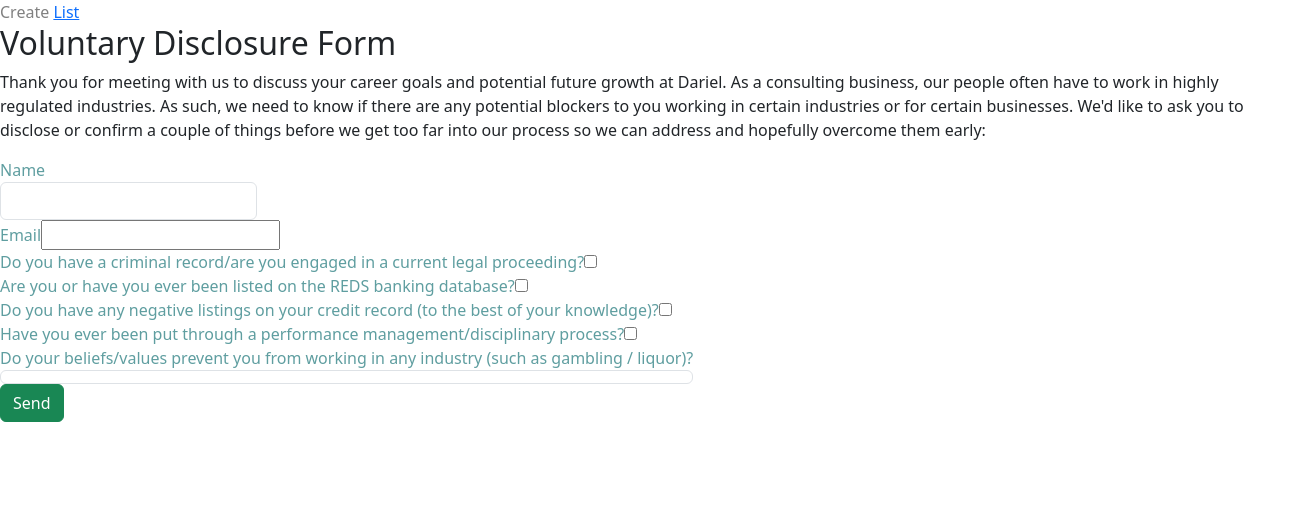
Repository: NtuthukoM/VoluntaryDisclosure
Page: / (app in disclosures-client/)
An editor plug-in stored every save of this project. The page is shown before and after a run of saves, followed by the edit.
The browser window is 1280 px wide. The page is 1280 px wide, then 1292 px, so the pictures cover 1292 px, including what lies to the right of the window. The pictures show the whole page.
The project was rebuilt for these pictures with package versions that can differ from the ones it lists, and the page was loaded fresh each time. Also part of the build but not shown: disclosures-client/src/pages/ListDisclosures.js, disclosures-client/src/pages/DisclosureDetails.js, disclosures-client/src/pages/DisclosureSubmitted.js.

Above is the page before, as saved 2023-05-30 20:38:18.

### disclosures-client/public/index.html
<!DOCTYPE html>
<html lang="en">
  <head>
    <meta charset="utf-8" />

    <meta name="viewport" content="width=device-width, initial-scale=1" />
    <meta name="theme-color" content="#000000" />
    <meta
      name="description"
      content="Web site created using create-react-app"
    />
    <link rel="apple-touch-icon" href="%PUBLIC_URL%/logo192.png" />
    <!--
      manifest.json provides metadata used when your web app is installed on a
      user's mobile device or desktop. See https://developers.google.com/web/fundamentals/web-app-manifest/
    -->
    <link rel="manifest" href="%PUBLIC_URL%/manifest.json" />
    <!--
      Notice the use of %PUBLIC_URL% in the tags above.
      It will be replaced with the URL of the `public` folder during the build.
      Only files inside the `public` folder can be referenced from the HTML.

      Unlike "/favicon.ico" or "favicon.ico", "%PUBLIC_URL%/favicon.ico" will
      work correctly both with client-side routing and a non-root public URL.
      Learn how to configure a non-root public URL by running `npm run build`.
    -->
    <title>React App</title>
  </head>
  <body>
    <noscript>You need to enable JavaScript to run this app.</noscript>
    <div id="root"></div>
    <!--
      This HTML file is a template.
      If you open it directly in the browser, you will see an empty page.

      You can add webfonts, meta tags, or analytics to this file.
      The build step will place the bundled scripts into the <body> tag.

      To begin the development, run `npm start` or `yarn start`.
      To create a production bundle, use `npm run build` or `yarn build`.
    -->
  </body>
</html>

### disclosures-client/src/index.js
import React from 'react';
import ReactDOM from 'react-dom/client';
import './bootstrap.css';
// import './index.css';
import App from './App';
import reportWebVitals from './reportWebVitals';

const root = ReactDOM.createRoot(document.getElementById('root'));
root.render(
  <React.StrictMode>
    <App />
  </React.StrictMode>
);

// If you want to start measuring performance in your app, pass a function
// to log results (for example: reportWebVitals(console.log))
// or send to an analytics endpoint. Learn more: https://bit.ly/CRA-vitals
reportWebVitals();

### disclosures-client/src/App.js
import logo from './logo.svg';
import {CreateDisclosures} from './pages/CreateDisclosure';
import {ListDisclosures} from './pages/ListDisclosures';
import {DisclosureDetails} from './pages/DisclosureDetails';
import {DisclosureSubmitted} from './pages/DisclosureSubmitted';
import { BrowserRouter, Routes, Route } from "react-router-dom";
import './App.css';

function App() {
  return (

      <BrowserRouter>
        <Routes>
          <Route path="/" element={<CreateDisclosures/>} />
          <Route path="/list" element={<ListDisclosures/>} />
          <Route path="/submitted" element={<DisclosureSubmitted/>} />
          <Route path="/details/:id" element={<DisclosureDetails/>} />
        </Routes>
      </BrowserRouter>
  );
}

export default App;

### disclosures-client/src/pages/CreateDisclosure.js
import { useState } from "react";
import { discloseUrl} from '../models/models';
import { Nav} from "../components/nav";
import { redirect } from "react-router-dom";

export function CreateDisclosures(){
    const [fullName, setFullName] = useState('');
    const [email, setEmail] = useState('');
    const [criminalRecord, setCriminalRecord] = useState(false);
    const [redsBankingDbListed, setRedsBankingDbListed] = useState(false);
    const [negativeCreditListing, setNegativeCreditListing] = useState(false);
    const [performanceManagementPlaced, setPerformanceManagementPlaced] = useState(false);
    const [ethicalIndustringRestriction, setEthicalIndustringRestriction] = useState(false);
    const [submitting, setSubmitting] = useState(false);

    function onFormSubmit(e){
        e.preventDefault();
        setSubmitting(true);
        let model = {
            fullName: fullName,
            email: email,
            criminalRecord: criminalRecord,
            redsBankingDbListed: redsBankingDbListed,
            negativeCreditListing: negativeCreditListing,
            performanceManagementPlaced: performanceManagementPlaced,
            ethicalIndustringRestriction: ethicalIndustringRestriction
        }
        const ops = {
            method: 'POST',
            headers: {
                "Content-Type": "application/json",
                // 'Content-Type': 'application/x-www-form-urlencoded',
              },
              redirect: "follow", // manual, *follow, error
              referrerPolicy: "no-referrer", // no-referrer, *no-referrer-when-downgrade, origin, origin-when-cross-origin, same-origin, strict-origin, strict-origin-when-cross-origin, unsafe-url
              body: JSON.stringify(model), // body data type must match "Content-Type" header
        };
        const response = fetch(discloseUrl, ops)
        .then(() => {
            setSubmitting(false);
            console.log('redirecting');
           return redirect("/submitted");
        }).catch(exc => console.log(`error ${exc}`));
    }
    return (
        <>
            <Nav />
            <h2>Voluntary Disclosure Form</h2>
            <p>
                Thank you for meeting with us to discuss your career goals and potential future growth at Dariel.
                As a consulting business, our people often have to work in highly regulated industries.
                As such, we need to know if there are any potential blockers to you working in certain industries or for certain businesses.
                We'd like to ask you to disclose or confirm a couple of things before we get too far into our process so we can address and hopefully overcome them early:
            </p>
            <form onSubmit={onFormSubmit}>


            <div className="form-group">
                <label>
                    Name
                    <input className="form-control" type="text" value={fullName} onChange={(e) => setFullName(e.target.value) } disabled={submitting} />
                </label>
            </div>

            <div>
                <label>
                    Email
                    <input type="text" value={email} onChange={e => setEmail(e.target.value)} disabled={submitting}  />
                </label>
            </div>


            <div>
                <label>
                    Do you have a criminal record/are you engaged in a current legal proceeding?
                    <input type="checkbox" value={criminalRecord} onChange={e => {
                        setCriminalRecord(!criminalRecord);
                        }}  disabled={submitting} />
                </label>
            </div>
            <div>
                <label>
                Are you or have you ever been listed on the REDS banking database?
                    <input type="checkbox"  value={redsBankingDbListed} onChange={e => {
                        setRedsBankingDbListed(!redsBankingDbListed);
                        }}  disabled={submitting} />
                </label>
            </div>
            <div>
                <label>
                Do you have any negative listings on your credit record (to the best of your knowledge)?
                    <input type="checkbox"  value={negativeCreditListing} onChange={e => {
                        setNegativeCreditListing(!negativeCreditListing);
                        }}  disabled={submitting} />
                </label>
            </div>
            <div>
                <label>
                Have you ever been put through a performance management/disciplinary process?
                    <input type="checkbox"  value={performanceManagementPlaced} onChange={e => {
                        setPerformanceManagementPlaced(!performanceManagementPlaced);
                        }}  disabled={submitting} />
                </label>
            </div>
            <div>
                <label>
                Do your beliefs/values prevent you from working in any industry (such as gambling / liquor)?
                    <input type="checkbox" className="form-control"  value={ethicalIndustringRestriction} onChange={e => {
                        setEthicalIndustringRestriction(!ethicalIndustringRestriction);
                        }}  disabled={submitting} />
                </label>
            </div>
            <div>
                <button className="btn btn-success" disabled={submitting}>Send</button>
            </div>
             </form>
        </>
    );
}

### disclosures-client/src/App.css
.App {
  text-align: center;
}

.active {
  color: gray;
  text-decoration: none;
  cursor: default;
}

label {
  color: cadetblue;
}

.App-logo {
  height: 40vmin;
  pointer-events: none;
}

@media (prefers-reduced-motion: no-preference) {
  .App-logo {
    animation: App-logo-spin infinite 20s linear;
  }
}

.App-header {
  background-color: #282c34;
  min-height: 100vh;
  display: flex;
  flex-direction: column;
  align-items: center;
  justify-content: center;
  font-size: calc(10px + 2vmin);
  color: white;
}

.App-link {
  color: #61dafb;
}

@keyframes App-logo-spin {
  from {
    transform: rotate(0deg);
  }
  to {
    transform: rotate(360deg);
  }
}

### disclosures-client/src/models/models.js
export const discloseUrl = 'https://localhost:7163/api/Disclosures';

### disclosures-client/src/components/nav.js
import {NavLink} from "react-router-dom"

export function Nav(){
    return (
        <>
            <nav>
                <NavLink to="/" className={({isActive}) => isActive ? "active" : "go-to"}>Create </NavLink>
                <NavLink to="/list" className={({isActive}) => isActive ? "active" : ""}>List </NavLink>
            </nav>
        </>
    )
}

Loaded but not shown: disclosures-client/src/bootstrap.css (library); disclosures-client/src/reportWebVitals.js (common file)

After the next 4 saves:
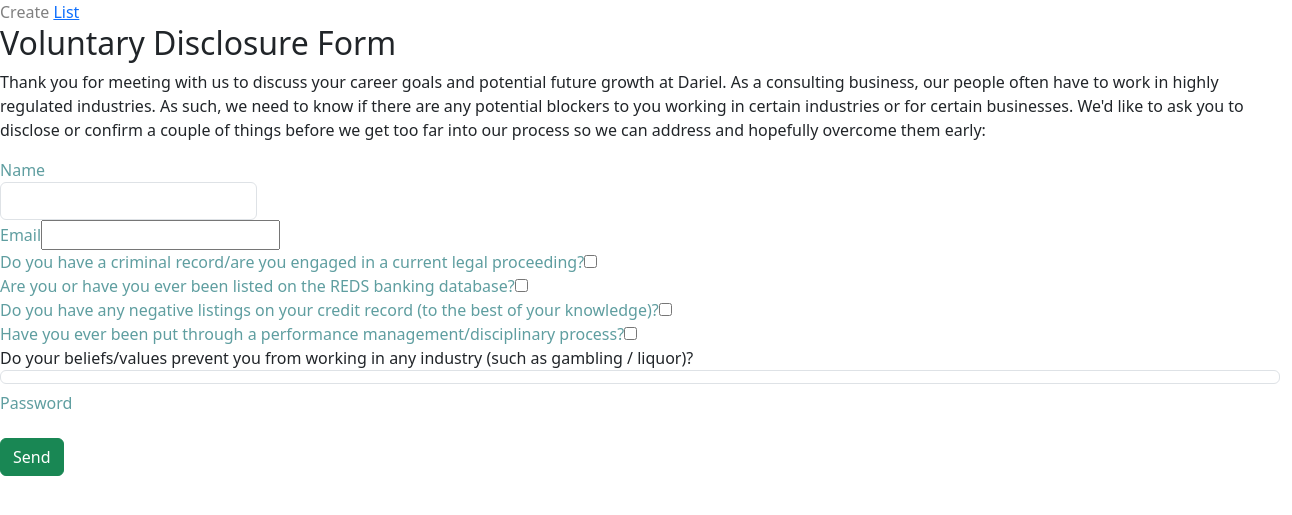
The 4 saves are shown as one change because 2 did not build or start and some came seconds apart.
The last was saved 2 min 17 s later.
--- a/disclosures-client/src/pages/CreateDisclosure.js
+++ b/disclosures-client/src/pages/CreateDisclosure.js
@@ -104,12 +104,18 @@ export function CreateDisclosures(){
             </div>
             <div>
                 <label>
+                </label>
                 Do your beliefs/values prevent you from working in any industry (such as gambling / liquor)?
                     <input type="checkbox" className="form-control"  value={ethicalIndustringRestriction} onChange={e => {
                         setEthicalIndustringRestriction(!ethicalIndustringRestriction);
                         }}  disabled={submitting} />
-                </label>
             </div>
+            <div class="mb-3 row">
+    <label for="inputPassword" class="col-sm-2 col-form-label">Password</label>
+    <div class="col-sm-10">
+
+    </div>
+  </div>
             <div>
                 <button className="btn btn-success" disabled={submitting}>Send</button>
             </div>
